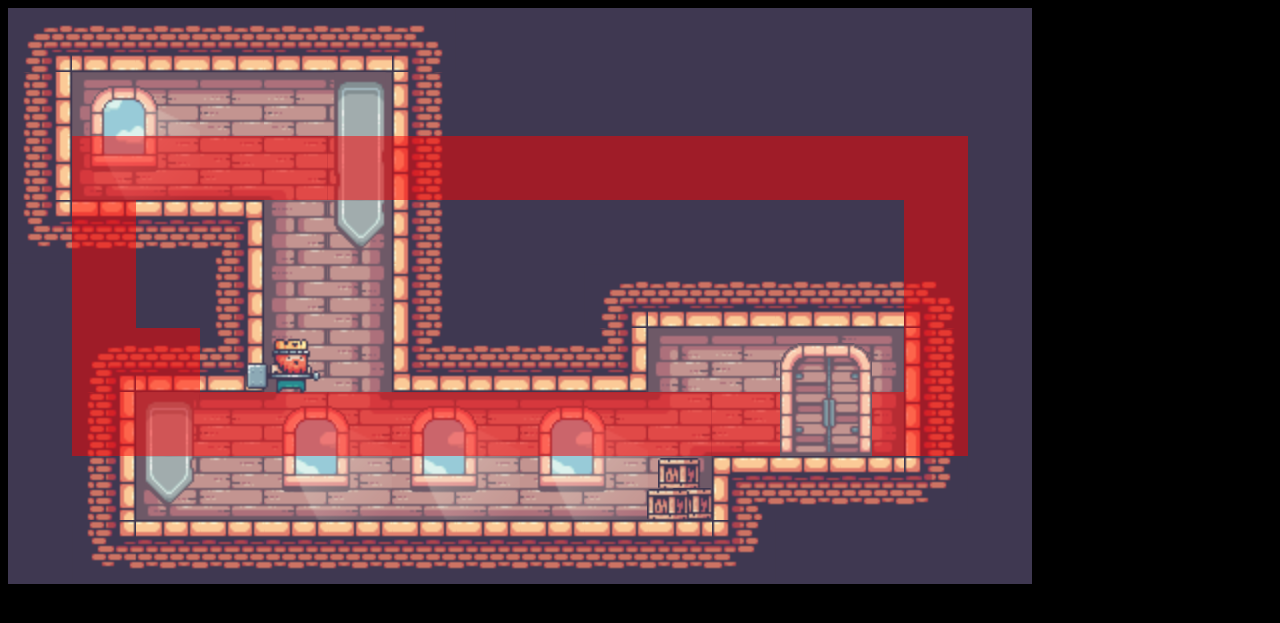
Repository: kassemKu/vanilla_kings_and_pigs
Page: index.html
These files come from the project's save history. The page is drawn as it stood at one moment and after the next save; the edit follows.
The browser window is 1280 px wide. The pictures show the whole page.

Above is the page before, as saved 2022-11-12 22:12:55.

### index.html
<!DOCTYPE html>
<html lang="en">

<head>
  <meta charset="UTF-8" />
  <meta http-equiv="X-UA-Compatible" content="IE=edge" />
  <meta name="viewport" content="width=device-width, initial-scale=1.0" />
  <title>Platform</title>
</head>
<style>
  body {
    background-color: black;
    overflow: hidden;
  }
</style>

<body>
  <canvas></canvas>

  <script src="https://cdnjs.cloudflare.com/ajax/libs/gsap/3.11.3/gsap.min.js"
    integrity="sha512-gmwBmiTVER57N3jYS3LinA9eb8aHrJua5iQD7yqYCKa5x6Jjc7VDVaEA0je0Lu0bP9j7tEjV3+1qUm6loO99Kw=="
    crossorigin="anonymous" referrerpolicy="no-referrer"></script>
  <script src="./js/utils.js"></script>
  <script src="./js/data/collisions.js"></script>
  <script src="./js/classes/CollisionBlock.js"></script>
  <script src="./js/classes/Sprite.js"></script>
  <script src="./js/classes/Player.js"></script>
  <script src="./js/eventListener.js"></script>
  <script src="./main.js"></script>
</body>

</html>

### js/utils.js
Array.prototype.parse2D = function () {
  const rows = [];
  for (let i = 0; i < this.length; i += 16) {
    rows.push(this.slice(i, i + 16));
  }

  return rows;
};

Array.prototype.createObjectFrom2D = function () {
  const objects = [];
  this.forEach((row, y) => {
    row.forEach((symbol, x) => {
      if (symbol === 292) {
        // push a new collision into collisionBlocks array
        objects.push(
          new CollisionBlock({
            position: {
              x: x * 64,
              y: y * 64,
            },
          })
        );
      }
    });
  });

  return objects;
};

### js/data/collisions.js
const collisionsLevel1 = [
  0, 0, 0, 0, 0, 0, 0, 0, 0, 0, 0, 0, 0, 0, 0, 0, 0, 0, 0, 0, 0, 0, 0, 0, 0, 0,
  0, 0, 0, 0, 0, 0, 0, 292, 292, 292, 292, 292, 292, 292, 292, 292, 292, 292,
  292, 292, 292, 0, 0, 292, 0, 0, 0, 0, 0, 0, 0, 0, 0, 0, 0, 0, 292, 0, 0, 292,
  0, 0, 0, 0, 0, 0, 0, 0, 0, 0, 0, 0, 292, 0, 0, 292, 292, 0, 0, 0, 0, 0, 0, 0,
  0, 0, 0, 0, 292, 0, 0, 292, 292, 292, 292, 292, 292, 292, 292, 292, 292, 292,
  292, 292, 292, 0, 0, 0, 0, 0, 0, 0, 0, 0, 0, 0, 0, 0, 0, 0, 0, 0, 0, 0, 0, 0,
  0, 0, 0, 0, 0, 0, 0, 0, 0, 0, 0, 0,
];

### js/classes/CollisionBlock.js
class CollisionBlock {
  constructor({ position }) {
    this.position = position;
    this.width = 64;
    this.height = 64;
  }

  draw() {
    c.fillStyle = "rgba(255, 0, 0, 0.5)";
    c.fillRect(this.position.x, this.position.y, this.width, this.height);
  }
}

### js/classes/Sprite.js
class Sprite {
  constructor({
    position,
    imageSrc,
    frameRate = 1,
    animations,
    frameBuffer = 2,
    loop = true,
    autoplay = true
  }) {
    this.position = position;
    this.image = new Image();
    this.image.onload = () => {
      this.loaded = true;
      this.width = this.image.width / this.frameRate;
      this.height = this.image.height;
    };
    this.image.src = imageSrc;
    this.loaded = false;
    this.frameRate = frameRate;
    this.currentFrame = 0;
    this.elapsedFrames = 0;
    this.frameBuffer = frameBuffer;
    this.animations = animations;
    this.loop = loop
    this.autoplay = autoplay
    this.currentAnimation

    if (this.animations) {
      for (let key in this.animations) {
        const image = new Image();
        image.src = this.animations[key].imageSrc;
        this.animations[key].image = image;
      }
    }
  }
  draw() {
    if (!this.loaded) return;
    const cropbox = {
      position: {
        x: this.width * this.currentFrame,
        y: 0,
      },
      width: this.width,
      height: this.height,
    };

    c.drawImage(
      this.image,
      cropbox.position.x,
      cropbox.position.y,
      cropbox.width,
      cropbox.height,
      this.position.x,
      this.position.y,
      this.width,
      this.height
    );

    this.updateFrames();
  }

  play() {
    this.autoplay = true
  }

  updateFrames() {
    if (!this.autoplay) return

    this.elapsedFrames++;

    if (this.elapsedFrames % this.frameBuffer === 0) {
      if (this.currentFrame < this.frameRate - 1) this.currentFrame++;
      else if(this.loop) this.currentFrame = 0;
    }

    if (this.currentAnimation?.onComplete) {
      if (this.currentFrame === this.frameRate - 1 && !this.currentAnimation.isActive) {
      this.currentAnimation.onComplete()
      this.currentAnimation.isActive = true
      }
    }
  }

}

### js/classes/Player.js
class Player extends Sprite {
  constructor({ collisionBlocks = [], imageSrc, frameRate, animations, loop }) {
    super({ imageSrc, frameRate, animations, loop });
    this.position = {
      x: 200,
      y: 200,
    };

    this.velocity = {
      x: 0,
      y: 0,
    };

    this.sides = {
      bottom: this.position.y + this.height,
    };
    this.gravity = 1;

    this.collisionBlocks = collisionBlocks;
  }

  update() {
    // this is blue box
    // c.fillStyle = "rgba(0, 0, 255, 0.5)";
    // c.fillRect(this.position.x, this.position.y, this.width, this.height);
    this.position.x += this.velocity.x;

    this.updateHitbox();

    this.checkForHorizontalCollisions();
    this.applyGravity();

    this.updateHitbox();

    // c.fillRect(
    //   this.hitbox.position.x,
    //   this.hitbox.position.y,
    //   this.hitbox.width,
    //   this.hitbox.height
    // );
    this.checkForVerticalCollisions();
  }

  handleInput(keys) {
    if (player.preventInput) return
  player.velocity.x = 0;
  if (keys.d.pressed) {
    this.switchSprite("runRight");
    this.velocity.x = 5;
    this.lastDirection = "right";
  } else if (keys.a.pressed) {
    this.switchSprite("runLeft");
    this.velocity.x = -5;
    this.lastDirection = "left";
  } else {
    if (this.lastDirection === "left") this.switchSprite("idleLeft");
    else this.switchSprite("idleRight");
  }
  }

  switchSprite(name) {
    if (this.image === this.animations[name].image) return;
    this.currentFrame = 0;
    this.image = this.animations[name].image;
    this.frameRate = this.animations[name].frameRate;
    this.frameBuffer = this.animations[name].frameBuffer;
    this.loop = this.animations[name].loop;
    this.currentAnimation = this.animations[name]
  }

  updateHitbox() {
    this.hitbox = {
      position: {
        x: this.position.x + 58,
        y: this.position.y + 34,
      },
      width: 50,
      height: 53,
    };
  }

  checkForHorizontalCollisions() {
    for (let i = 0; i < this.collisionBlocks.length; i++) {
      const collisionBlock = this.collisionBlocks[i];

      // if a collision exists
      if (
        this.hitbox.position.x <=
          collisionBlock.position.x + collisionBlock.width &&
        this.hitbox.position.x + this.hitbox.width >=
          collisionBlock.position.x &&
        this.hitbox.position.y + this.hitbox.height >=
          collisionBlock.position.y &&
        this.hitbox.position.y <=
          collisionBlock.position.y + collisionBlock.height
      ) {
        // collision on x axis going to the left
        if (this.velocity.x < -0) {
          const offset = this.hitbox.position.x - this.position.x;
          this.position.x =
            collisionBlock.position.x + collisionBlock.width - offset + 0.01;
          break;
        }
        if (this.velocity.x > 0) {
          const offset =
            this.hitbox.position.x - this.position.x + this.hitbox.width;
          this.position.x = collisionBlock.position.x - offset - 0.01;
          break;
        }
      }
    }
  }
  applyGravity() {
    this.velocity.y += this.gravity;
    this.position.y += this.velocity.y;
  }

  checkForVerticalCollisions() {
    // check for vertical collisions
    for (let i = 0; i < this.collisionBlocks.length; i++) {
      const collisionBlock = this.collisionBlocks[i];
      // if a collision exists
      if (
        this.hitbox.position.x <=
          collisionBlock.position.x + collisionBlock.width &&
        this.hitbox.position.x + this.hitbox.width >=
          collisionBlock.position.x &&
        this.hitbox.position.y + this.hitbox.height >=
          collisionBlock.position.y &&
        this.hitbox.position.y <=
          collisionBlock.position.y + collisionBlock.height
      ) {
        if (this.velocity.y < 0) {
          this.velocity.y = 0;
          const offset = this.hitbox.position.y - this.position.y;
          this.position.y =
            collisionBlock.position.y + collisionBlock.height - offset + 0.01;
          break;
        }

        if (this.velocity.y > 0) {
          this.velocity.y = 0;
          const offset =
            this.hitbox.position.y - this.position.y + this.hitbox.height;
          this.position.y = collisionBlock.position.y - offset - 0.01;
          break;
        }
      }
    }
  }
}

### js/eventListener.js
window.addEventListener("keydown", (event) => {
  if (player.preventInput) return
  switch (event.key) {
    case " ":

    for (let i = 0; i < doors.length; i++) {
      const door = doors[i]

      if (
        player.hitbox.position.x + player.hitbox.width <=
        door.position.x + door.width &&
      player.hitbox.position.x  >=
        door.position.x &&
      player.hitbox.position.y + player.hitbox.height >=
        door.position.y &&
      player.hitbox.position.y <=
        door.position.y + door.height
        ) {
          player.velocity.x = 0
          player.velocity.y = 0
          player.preventInput = true
          player.switchSprite('enterDoor')
          door.play()
          return
        }
    }
      if (player.velocity.y === 0) player.velocity.y = -25;

      break;
    case "ArrowLeft":
      // move player to left
      keys.a.pressed = true;
      break;
    case "ArrowRight":
      // move player to right
      keys.d.pressed = true;
      break;
  }
});

window.addEventListener("keyup", (event) => {
  switch (event.key) {
    case "ArrowUp":
      keys.w.pressed = false;

      break;
    case "ArrowLeft":
      // move player to left
      keys.a.pressed = false;
      break;
    case "ArrowRight":
      // move player to right
      keys.d.pressed = false;
      break;
  }
});

### main.js
const canvas = document.querySelector("canvas");
const c = canvas.getContext("2d");

canvas.width = 64 * 16; // 1024
canvas.height = 64 * 9; // 576

let parsedCollisions
let collisionBlocks
let background
let doors
const player = new Player({
  imageSrc: "./img/king/idle.png",
  frameRate: 11,
  animations: {
    idleRight: {
      frameRate: 11,
      frameBuffer: 2,
      loop: true,
      imageSrc: "./img/king/idle.png",
    },
    idleLeft: {
      frameRate: 11,
      frameBuffer: 2,
      loop: true,
      imageSrc: "./img/king/idleLeft.png",
    },
    runRight: {
      frameRate: 8,
      frameBuffer: 4,
      loop: true,
      imageSrc: "./img/king/runRight.png",
    },
    runLeft: {
      frameRate: 8,
      frameBuffer: 4,
      loop: true,
      imageSrc: "./img/king/runLeft.png",
    },
    enterDoor: {
      frameRate: 8,
      frameBuffer: 4,
      loop: false,
      imageSrc: "./img/king/enterDoor.png",
      onComplete: () => {
        console.log('completed animation');
        gsap.to(overlay, {
          opacity: 1,
          onComplete: () => {
            level++
            levels[level].init()
            gsap.to(overlay, {
              opacity: 0
            })
          }
        })
      }
    },
  },
});

let level = 2
let levels = {
  1: {
    init: () => {
      parsedCollisions = collisionsLevel1.parse2D();
      collisionBlocks = parsedCollisions.createObjectFrom2D();
      player.collisionBlocks = collisionBlocks

      background = new Sprite({
        position: {
          x: 0,
          y: 0,
        },
        imageSrc: "./img/backgroundLevel1.png",
      });

      doors = [
        new Sprite({
          position: {
            x: 767,
            y: 270,
          },
          imageSrc: "./img/doorOpen.png",
          frameRate: 5,
          frameBuffer: 5,
          loop: false,
          autoplay: false
        }),
      ];
    }
  },
  2: {
    init: () => {
      parsedCollisions = collisionsLevel1.parse2D();
      collisionBlocks = parsedCollisions.createObjectFrom2D();
      player.collisionBlocks = collisionBlocks

      background = new Sprite({
        position: {
          x: 0,
          y: 0,
        },
        imageSrc: "./img/backgroundLevel2.png",
      });

      doors = [
        new Sprite({
          position: {
            x: 772.00,
            y: 336,
          },
          imageSrc: "./img/doorOpen.png",
          frameRate: 5,
          frameBuffer: 5,
          loop: false,
          autoplay: false
        }),
      ];
    }
  }
}





const keys = {
  w: {
    pressed: false,
  },
  a: {
    pressed: false,
  },
  d: {
    pressed: false,
  },
};

const overlay = {
  opacity: 0
}

function animate() {
  window.requestAnimationFrame(animate);

  background.draw();
  collisionBlocks.forEach((collisionBlock) => {
    collisionBlock.draw();
  });

  doors.forEach((door) => {
    door.draw();
  });

  player.handleInput(keys)
  player.draw();
  player.update();

  c.save()
  c.globalAlpha = overlay.opacity
  c.fillStyle = 'black'
  c.fillRect(0,0,canvas.width, canvas.height)
  c.restore()
}

levels[level].init()
animate();

After the next save:
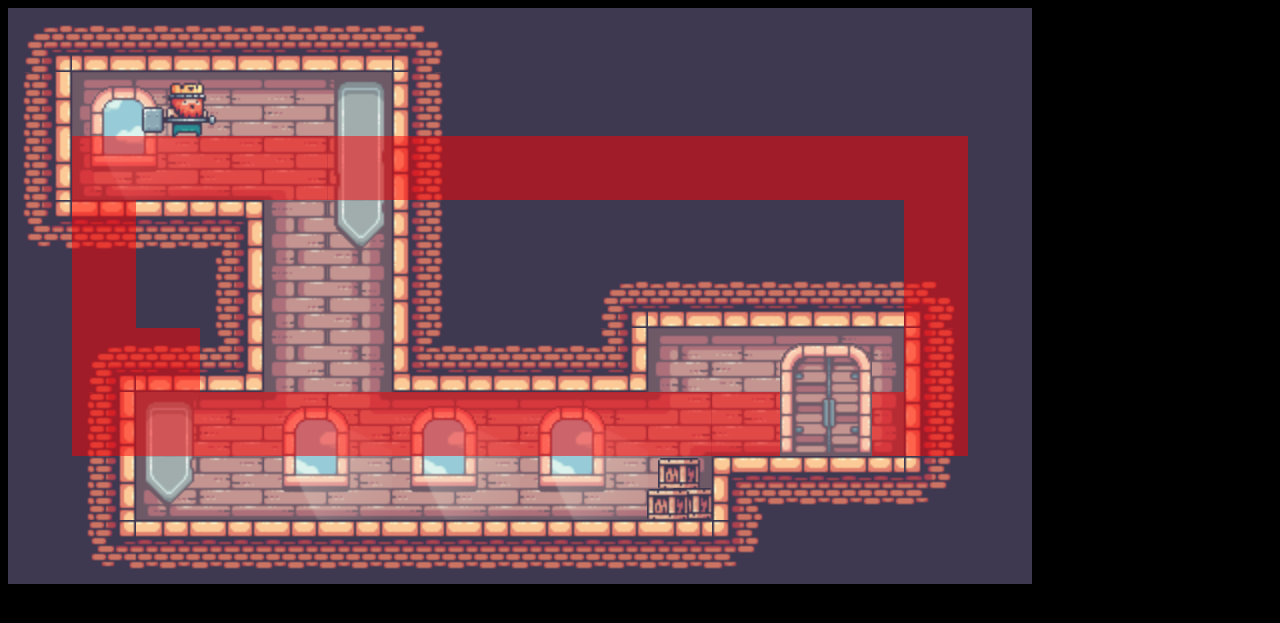
Saved 67 s later.
--- a/main.js
+++ b/main.js
@@ -94,6 +94,8 @@ let levels = {
       parsedCollisions = collisionsLevel1.parse2D();
       collisionBlocks = parsedCollisions.createObjectFrom2D();
       player.collisionBlocks = collisionBlocks
+      player.position.x = 96
+      player.position.y = 140
 
       background = new Sprite({
         position: {
